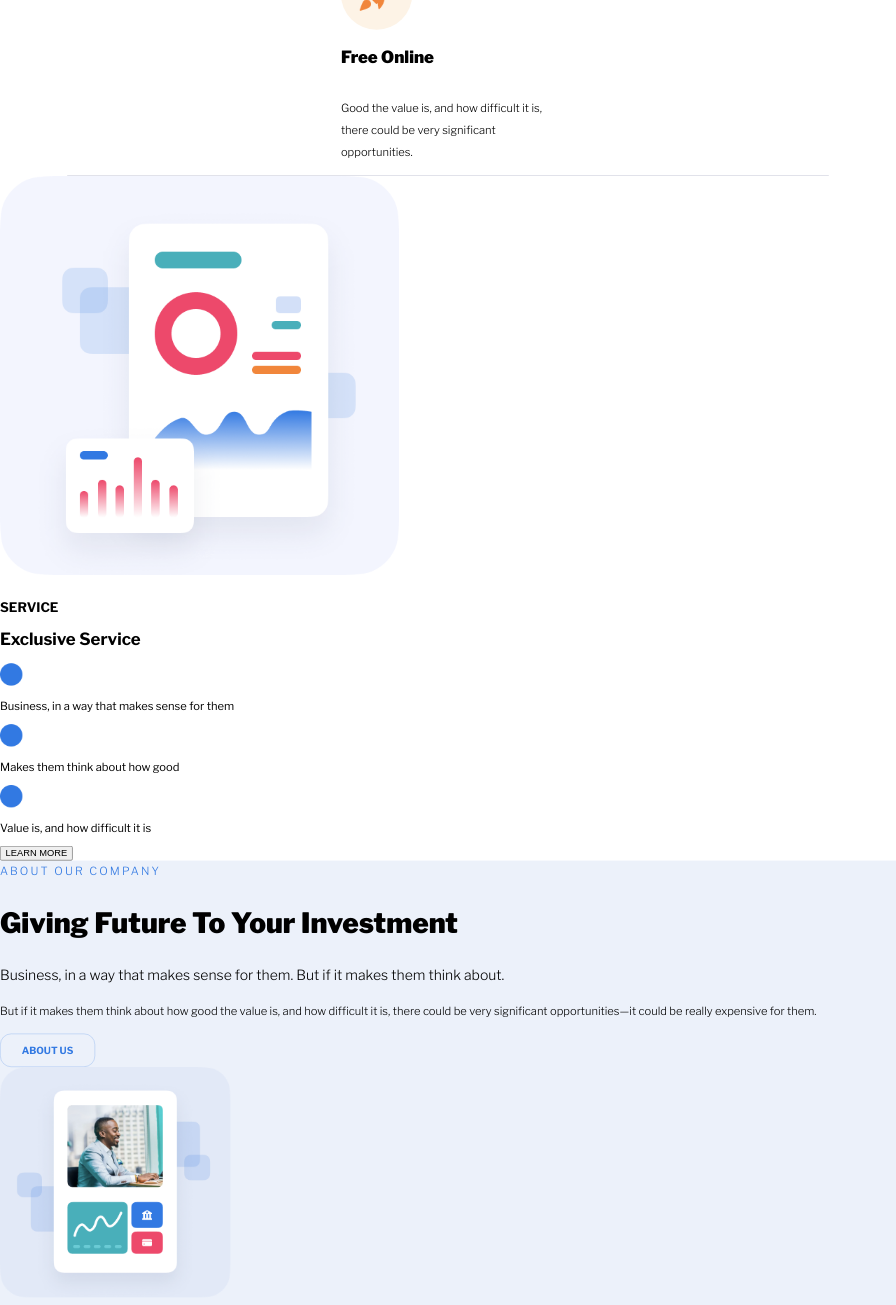
Repository: adryelfelipe/frontend-prova
Page: prova-figma/Prova/index.html
The author's editor kept a copy of each file at every save. The page is drawn from the files as they stood at one save, then again after the next save.
The browser window is 1280 px wide. The pictures show the part of the page from y = 1259 to 3179 px (the page is 3123 px tall before and 3203 px after), at 70% of full size.

Above is the page before, as saved 2026-06-22 18:59:05.

### prova-figma/Prova/index.html
<!DOCTYPE html>
<html lang="en">
<head>
    <meta charset="UTF-8">
    <meta name="viewport" content="width=device-width, initial-scale=1.0">
    <link rel="stylesheet" href="style/variaveis.css">
    <link rel="stylesheet" href="./style/style.css">
    <title>Document</title>
</head>
<body>
    <header>
        <h2>MNY</h2>

        <nav>
            <p>About</p>
            <p>Features</p>
            <p>Services</p>
            <p>Pricing</p>
            <p>Blog</p>
        </nav>

        <button>CONTACT</button>

        <img src="./assets/icon/hamburguer.svg" alt="">
    </header>
    <main>
        <section class="hero">
            <article class="hero-first-article">
                <h3 class="subtitle-base hero-subtitle">MAKE MONEY</h3>
                <h1 class="title-base hero-title">Grow Your Money Like Never Before</h1>
                <p class="paragraph hero-paragraph">Business, in a way that makes sense for them. But if it makes them think about how good the value.</p>
                <button class="hero-button">GET STARTED</button>
            </article>
            <article class="hero-second-article">
                <!-- <img class src="assets/img/homem-terno.png" alt=""> -->
            </article>
        </section>

        <section class="service">
            <div class="service-container">
                <article class="service-card">
                    <div class="bg-icon-fly">
                        <img src="./assets/icon/icon1-fly-section2.svg" class="icon-fly" alt="">
                    </div>

                    <h3 class="subtitle-tertiary">Strong Security</h3>
                    <p class="paragraph">Way that makes sense for them. But if it makes them think about how good the value is, and how difficult it is.</p>
                </article>

                <article class="service-card">
                    <div class="bg-icon-backpack">
                        <img src="./assets/icon/icon2-backpack-section2.png" class="icon-backpack" alt="">
                    </div>

                    <h3 class="subtitle-tertiary">Creative Solutions</h3>
                    <p class="paragraph">But if it makes them think about how good the value is, and how difficult it is, there could be very significant.</p>
                </article>

                <article class="service-card">
                    <div class="bg-icon-rocket">
                        <img src="./assets/icon/icon3-rocket-section2.png" class="icon-rocket" alt="">
                    </div>

                    <h3 class="subtitle-tertiary">Free Online</h3>
                    <p class="paragraph">Good the value is, and how difficult it is, there could be very significant opportunities.</p>
                </article>
            </div>

            <div class="service-container-line">

            </div>

            <img src="./assets/img/infos-section2.png" alt="">

            <article>
                <h3>SERVICE</h3>
                <h2>Exclusive Service</h2>

                <div>
                    <img src="./assets/icon/bg-icon4-section2.png" alt="">
                    <img src="./assets/icon/correct-icon-section2.png" alt="">
                    <p>Business, in a way that makes sense for them</p>
                </div>

                <div>
                    <img src="./assets/icon/bg-icon4-section2.png" alt="">
                    <img src="./assets/icon/correct-icon-section2.png" alt="">
                    <p>Makes them think about how good</p>
                </div>

                <div>
                    <img src="./assets/icon/bg-icon4-section2.png" alt="">
                    <img src="./assets/icon/correct-icon-section2.png" alt="">
                    <p>Value is, and how difficult it is</p>
                </div>

                <button>LEARN MORE</button>
            </article>
        </section>
        <section class="our-company">
            <article>
                <h3 class="subtitle-base company-subtitle">ABOUT OUR COMPANY</h3>
                <h2 class="subtitle-secondary">Giving Future To Your Investment</h2>
                <p class="company-paragraph">Business, in a way that makes sense for them. But if it makes them think about.</p>
                <p class="paragraph company-">But if it makes them think about how good the value is, and how difficult it is, there could be very significant opportunities—it could be really expensive for them.</p>
                <button class="company-button">ABOUT US</button>
            </article>
            <article>
                <img src="assets/img/our-company.png" alt="">
            </article>
        </section>
    </main>
</body>
</html>

### prova-figma/Prova/style/variaveis.css
@import url('https://fonts.googleapis.com/css2?family=Libre+Franklin:ital,wght@0,100..900;1,100..900&display=swap');

:root {
    --primary-color: #FFFFFF;
    --header-icon-border-color: rgba(255, 255, 255, 0.3);
    --bg-color: rgba(50, 121, 226, 1);

    --subtitle: rgba(170, 196, 234, 1);

    --normal-line: rgba(213, 214, 225, 1);

    /*Icons Session 2*/
    --bg-icon-fly: rgba(230, 247, 248, 1);
    --bg-icon-backpack: rgba(252, 237, 240, 1);
    --bg-icon-rocket: rgba(253, 243, 230, 1);

    --icon-fly-color: rgba(73, 175, 186, 1);
    --icon-backpack-color: rgba(237, 73, 107, 1);
    --icon-rocket-colot: rgba(241, 134, 59, 1);
}

.title-base{
    font-family: 'Libre Franklin';
    font-weight: 900;
    font-size: 3.5rem;
    line-height: 64px;
    letter-spacing: -1px;
}

.subtitle-base{
    margin: 0;
    font-family: 'Libre Franklin';
    font-weight: 300;
    font-size: 1rem;
    line-height: 32px;
    letter-spacing: 3px;
    text-transform: uppercase;
}

.subtitle-secondary{
    font-family: 'Libre Franklin';
    font-weight: 900;
    font-size: 2.5rem;
    line-height: 48px;
    letter-spacing: 0px;
}

.subtitle-tertiary{
    font-family: Libre Franklin;
    font-weight: 900;
    font-size: 24px;
    line-height: 32px;
    letter-spacing: 0px;
}

.paragraph{
    font-family: 'Libre Franklin';
    font-weight: 300;
    font-size: 1rem;
    line-height: 32px;
    letter-spacing: 0px;
}

### prova-figma/Prova/style/style.css
body{
    font-family:"Libre Franklin";
    margin: 0px;
}

/* HEADER */
header{
    display: flex;
    justify-content: space-around;
    align-items: center;
    background-color: var(--bg-color);
}

header nav{
    display: none;
}

header button{
    display: none;
}

header img {
    border: solid 1px var(--header-icon-border-color);
    border-radius: 16px;
}

header h2 {
    color: var(--primary-color);
}


/* SECTION HERO */
.hero{
    background: linear-gradient(135deg, #3279E2 0%, #CACAEB 100%);
    margin-bottom: 80px;
}

.hero-first-article{
    width: 98%;                     /*OBSERVAÇÃO IMPORTANTE EM QUESTÃO          DO POSICIONAMENTO E FIDELIDADE AO FIGMA*/
    justify-self: center;           /*O POSICIONAMENTO FOI ALTERADO POIS, EMBORA A TIPOGRAFIA TENHA SIDO COPIADA EXTRITAMENTE SEMLHANTE AO FIGMA OS TAMANHOS E POSICIONAMENTOS DA TELA NA RESOLUÇÃO MÍNIMA INDICADA NÃO DARIAM CERTO*/
}

.hero-subtitle{
    color: var(--subtitle);
}

.hero-title{
    color: var(--primary-color);
}

.hero-paragraph{
    color: rgba(255, 255, 255, 0.5);
}

.hero-button{
    background-color: rgba(17, 17, 17, 1);
    color: var(--primary-color);
    padding: 16px 30px;
    font-family: Libre Franklin;
    font-weight: 700;
    font-size: 14px;
    line-height: 100%;
    letter-spacing: 0px;
    text-align: center;
    text-transform: uppercase;
    border: none;
    border-radius: 16px;
}

/* .hero-second-article{
    width: 405px;
    height: 80%;
}

.image{
    object-fit: cover;

} */

/* SECTION SERVICE */
.service-container {
    display: flex;
    flex-direction: column;
    align-items: center;
    gap: 64px;
}

.service-container-line {
    height: 1px;
    background-color: var(--normal-line);
    width: 85vw;
    justify-self: center;
    margin-top: ;
}

.service-card {
    display: flex;
    flex-direction: column;
}

.service-card p {
    width: 306px;
}

.bg-icon-fly {
    display: flex;
    justify-content: center;
    align-items: center;
    border-radius: 100px;
    width: 102px;
    height: 102px;
    background-color: var(--bg-icon-fly)
}

.icon-fly {
    height: 2rem;
    width: 3rem;
}

.bg-icon-backpack {
    display: flex;
    justify-content: center;
    align-items: center;
    border-radius: 100px;
    width: 102px;
    height: 102px;
    background-color: var(--bg-icon-backpack)
}

.icon-backpack {
    height: 2,5rem;
    width: 3rem;
}

.bg-icon-rocket {
    display: flex;
    justify-content: center;
    align-items: center;
    border-radius: 100px;
    width: 102px;
    height: 102px;
    background-color: var(--bg-icon-rocket)
}

.icon-rocket {
    height: 3rem;
    width: 3rem;
}

/* SECTION OUR COMPANY */

.our-company{
    background-color: rgba(236, 241, 250, 1);
}

.company-subtitle{
    color: rgba(50, 121, 226, 1);
}

.company-paragraph{
    font-family: Libre Franklin;
    font-weight: 300;
    font-size: 20px;
    line-height: 32px;
    letter-spacing: 0px;
}

.company-button{
    background-color: transparent;
    color: rgba(50, 121, 226, 1);
    padding: 16px 30px;
    font-family: Libre Franklin;
    font-weight: 700;
    font-size: 14px;
    line-height: 100%;
    letter-spacing: 0px;
    text-align: center;
    text-transform: uppercase;
    border: 1px solid rgba(50, 121, 226, 0.3);
    border-radius: 16px;
}

After the next save:
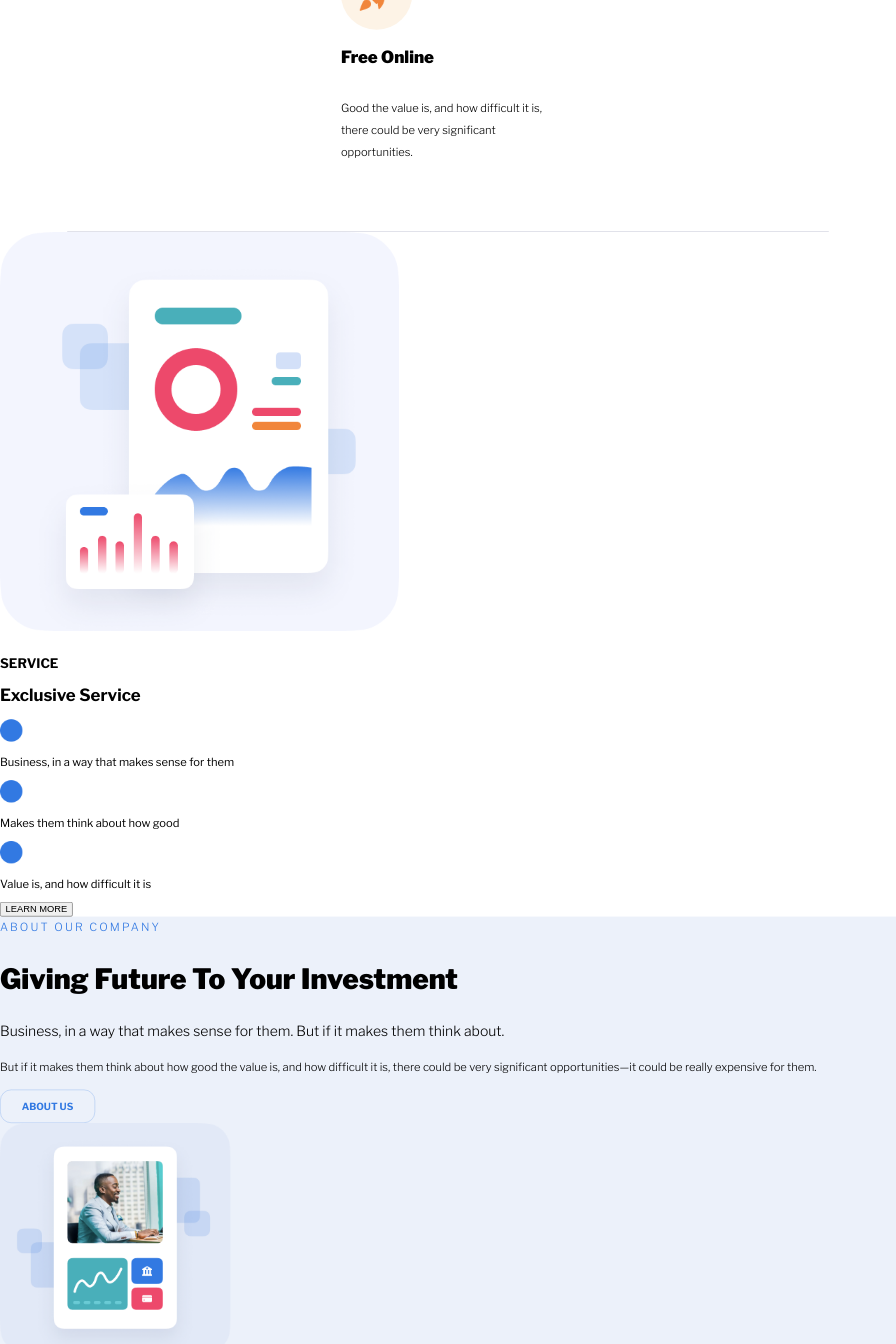
Saved 5 s later.
--- a/prova-figma/Prova/style/style.css
+++ b/prova-figma/Prova/style/style.css
@@ -90,7 +90,7 @@ header h2 {
     background-color: var(--normal-line);
     width: 85vw;
     justify-self: center;
-    margin-top: ;
+    margin-top: 80px;
 }
 
 .service-card {
